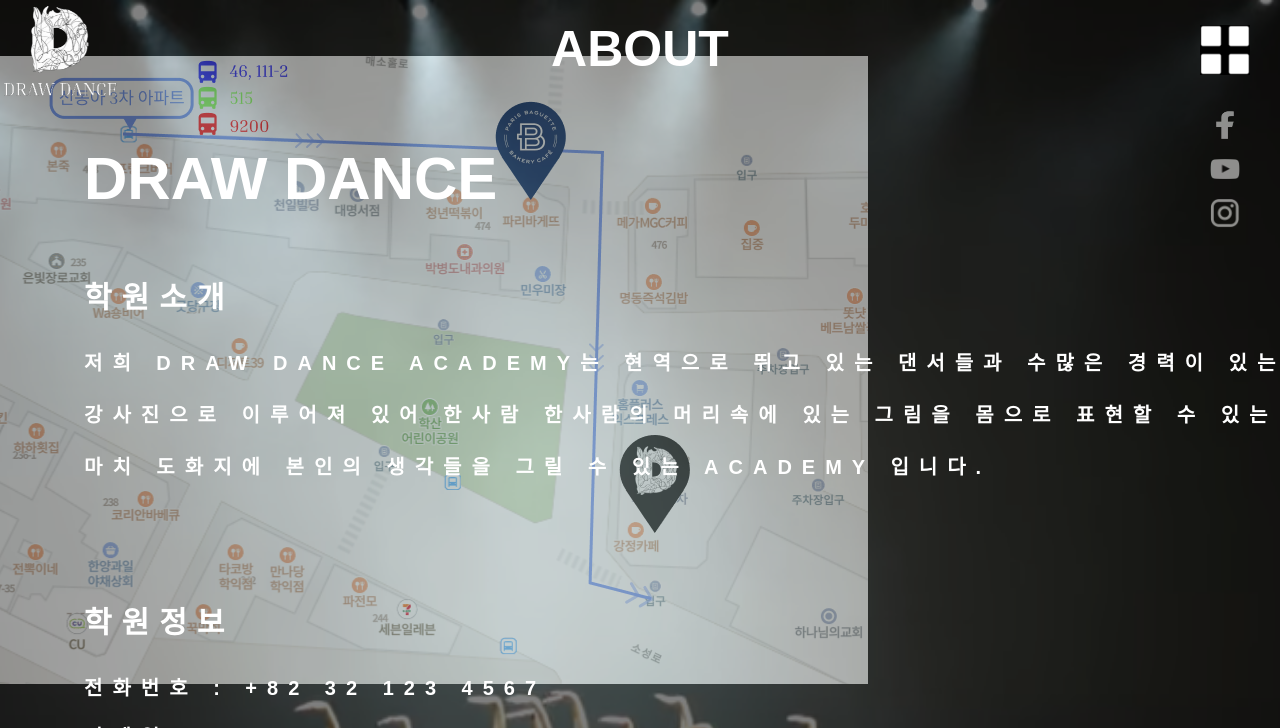
Repository: seonghun9906/semiProject
Page: http://localhost/drawAcademy/WEB-INF/views/headerMenu/about.jsp
These files come from the project's save history. The page is drawn as it stood at one moment and after the next save; the edit follows.
The browser window is 1280 px wide. The pictures show the whole page.
The page is served by Tomcat 9. Nobody is signed in. Other server files are loaded and not shown. The template is opened directly, without the code that normally fills it, so the values that code supplies are empty.

Above is the page before, as saved 2024-02-26 07:38:35.

### drawAcademy/src/main/webapp/WEB-INF/views/headerMenu/about.jsp
<%@ page language="java" contentType="text/html; charset=UTF-8"
   pageEncoding="UTF-8"%>
<%@ taglib uri="http://java.sun.com/jsp/jstl/core" prefix="c"%>
<!DOCTYPE html>
<html>
<head>
<meta charset="UTF-8">
<title>수강신청 사이트</title>
<link rel="stylesheet" href="resources/css/about.css">
<script src="https://code.jquery.com/jquery-3.7.1.min.js"
   integrity="sha256-/JqT3SQfawRcv/BIHPThkBvs0OEvtFFmqPF/lYI/Cxo="
   crossorigin="anonymous"></script>

</head>
<body>
   <div class="bodyMain">
   <img src="resources/images/demitasse project.PNG" class=demitasse>
      <div class="title">
         ABOUT
      </div>
      <div class="middle-part">
         <p>DRAW DANCE</p>
         <div class="low-part">
         <p>학원소개</p>
         </div>
         <div class="lowLow-part">
         <p>저희 DRAW DANCE ACADEMY는 현역으로 뛰고 있는 댄서들과 수많은 경력이 있는<br><br> 강사진으로
          이루어져 있어
         	한사람 한사람의 머리속에 있는 그림을 몸으로 표현할 수 있는<br><br> 마치 도화지에 본인의 생각들을 그릴 수 있는
         	ACADEMY 입니다.</p>
         </div>
         <div class="low-part">
         <br>
         <br>
         <p>학원정보</p>
         </div>
         <div class="lowLow-part">
         <p>전화번호 : +82 32 123 4567</p>
         <p>이메일 : DrawDance@semiproject.com</p>
         <p>주소 : 인천광역시 0000번길 000 00빌딩 0층</p>
         </div>
      </div>
       <!-- 오시는길  -->
      <div id="mapSection" class="mapInfo">
      	<div class="mapInfoText">
      		<p>오시는 길</p>
      <img src="resources/images/Map.png" class="map">
      		<div class="mapInfoTextImport">
      		<p>신동아아파트에서 하차 후 파리바게트 기준으로 오른쪽 골목</p>
      		</div>
      	</div>
      </div>
      <!-- 오시는길  end-->
      </div>


      <div class="headerMenu">
         <button class="Home-btn" onclick="location.href='./'">
            <img src="resources/images/lg.png" class="logo">
         </button>
      </div>
      <div id="menu-container">
         <img src="resources/images/menu.png" id="menuButton">
         <div id="rectangle">
            <br> <br>
            <button class="Home-btn" onclick="location.href='./'">
               <p>HOME</p>
            </button>
            <br> <br> <br>
            <button class="ABOUT-btn" onclick="location.href='./about'">
               <p>ABOUT</p>
            </button>
            <br> <br> <br>
            <button class="INSTRUCTORS-btn"
               onclick="location.href='./instructors'">
               <p>INSTRUCTORS</p>
            </button>
            <br> <br> <br>
            <button class="CLASS-btn" onclick="location.href='./classpage'">
               <p>CLASS</p>
            </button>
             <br> <br> <br>
              <button class="CONTACT-btn" onclick="location.href='./qboard'">
               <p>FAQ</p>
            </button>
            <br> <br> <br> <br> <br> <br> <br>
            <div class="smallWord">
               <button id="loginBtn" class="LOGIN-btn"
                  onclick="location.href='./login'">
                  <small>LOGIN</small>
               </button>
               <form id="logoutForm" action="logout" method="get">
                  <button class="LOGIN-btn" onclick="location.href='./'">
                     <small>LOGOUT</small>
                  </button>
               </form>
               <button id="signupBtn" class="SIGNUP-btn"
                  onclick="location.href='./signUp'">
                  <small>SIGN UP</small>
               </button>
               <button id="myPage" class="MYPAGE-btn"
                  onclick="location.href='./mypage'">
                  <small>MY PAGE</small>
               </button>
            </div>
            <br> <br>
            <div id="icon-container2">
               <a href="https://www.facebook.com"> <img
                  src="resources/images/facebookIcon.png" class="facebook">
               </a> <a href="https://www.youtube.com"> <img
                  src="resources/images/youtubeIcon.png" class="youtube">
               </a> <a href="https://www.instagram.com"> <img
                  src="resources/images/instagramIcon.png" class="instagram">
               </a>
            </div>
         </div>
      </div>
      <div id="icon-container">
         <a href="https://www.facebook.com"> <img
            src="resources/images/facebookIcon.png" class="facebook">
         </a> <a href="https://www.youtube.com"> <img
            src="resources/images/youtubeIcon.png" class="youtube">
         </a> <a href="https://www.instagram.com"> <img
            src="resources/images/instagramIcon.png" class="instagram">
         </a>
      </div>



</body>
<script>
$(document).ready(function() {
	  var rectangle = $("#rectangle");
	  var menuButton = $("#menuButton");
	  var iconContainer = $("#icon-container");
	  var isRectangleVisible = false;

	  menuButton.on('click', function() {
	    if (!isRectangleVisible) {
	      rectangle.show();
	      iconContainer.hide();
	      isRectangleVisible = true;
	    } else {
	      rectangle.hide();
	      iconContainer.show();
	      isRectangleVisible = false;
	    }
	  });
	});
</script>
<script>
$(document).ready(function() {
	  var loginBtn = $("#loginBtn");
	  var logoutForm = $("#logoutForm");
	  var signupBtn = $("#signupBtn");
	  var myPageBtn = $("#myPage");

	  var loggedInMember = '<%= session.getAttribute("login") %>';
	  console.log("세션에 저장된 값: " + loggedInMember);

	  // 여기서 로그인 여부를 확인하고 그에 따라 버튼을 표시하거나 숨깁니다.
	  var isLoggedIn = loggedInMember !== 'null' && loggedInMember !== '';

	  if (isLoggedIn) {
	    loginBtn.hide();
	    logoutForm.show();
	    signupBtn.hide();
	    myPageBtn.show();
	  } else {
	    loginBtn.show();
	    logoutForm.hide();
	    signupBtn.show();
	    myPageBtn.hide();
	  }
	});
</script>
</html>

### drawAcademy/src/main/webapp/resources/css/about.css
html {
   height: 100%;
}

body {
   margin: 0;
   padding: 0;
   font-family: sans-serif;
   background: linear-gradient(#000000, #111111);
}

.demitasse {
    position: fixed;
    top: 0;
    left: 0;
    width: 100%;
    height: 150%;
    z-index: 9999;
    object-fit: cover;
    opacity: 0.5; /* 0부터 1까지의 값으로 투명도를 지정합니다. 0은 완전 투명, 1은 완전 불투명입니다. */
}

.bodyMain {
   position: absolute;
   background-color: #000000;
   top: 0;
   left: 0;
   bottom: 0;
   right: 0;
   width: 100%;
   height: 100%;
}

.title {
   width: 100%; /* 컨테이너의 너비를 화면 전체로 설정 */
   position: fixed; /* 화면 아래에 고정시킵니다. */
   text-align: center; /* 내부 텍스트를 가운데 정렬합니다. */
   padding: 20px; /* 내부 여백 설정 (예시) */
   box-sizing: border-box; /* 패딩이 포함된 전체 너비/높이 계산 */
   color: #ffffff;
   font-size: 50px;
   font-weight: bold;
     z-index: 9999;
}

.middle-part {
   width: 100%; /* 컨테이너의 너비를 화면 전체로 설정 */
   position: fixed; /* 화면 아래에 고정시킵니다. */
   text-align: left; /* 내부 텍스트를 가운데 정렬합니다. */
   padding: 20px; /* 내부 여백 설정 (예시) */
   box-sizing: border-box; /* 패딩이 포함된 전체 너비/높이 계산 */
   color: #ffffff;
   font-size: 60px;
   font-weight: bold;
   margin: 5%;
     z-index: 9999;
}

.headerMenu .Home-btn {
   position: absolute;
   background: none;
   border: none;
   padding: 0;
   cursor: pointer;
   width: auto; /* 이미지 크기에 맞게 자동으로 조정됨 */
   z-index: 9999;
}

.headerMenu .logo {
   width: 120px; /* 이미지가 버튼 내에서 꽉 차도록 설정 */
   height: auto; /* 이미지의 가로 세로 비율을 유지하면서 버튼에 맞게 조정 */
}

.facebook {
   width: 20px;
   height: 30px;
   z-index: 9999;
}

.youtube {
   width: 30px;
   height: 20px;
   z-index: 9999;
}

.instagram {
   width: 30px;
   height: 30px;
   z-index: 9999;
}

#menu-container {
   position: relative;
   z-index: 9999;
}

#menuButton {
   cursor: pointer;
   position: absolute;
   top: 25px;
   right: 30px; /* 오른쪽으로 이동 */
   display: flex;
   width: 50px;
   height: 50px;
   z-index: 9999;
}

#icon-container {
   position: absolute;
   top: 110px;
   right: 40px;
   display: flex;
   flex-direction: column; /* 세로 방향으로 아이콘을 나열 */
   align-items: center; /* 아이콘을 수직 중앙으로 정렬 */
   gap: 15px; /* 아이콘 사이의 간격 설정 */
   z-index: 9998;
}

#rectangle {
   /* 처음엔 숨겨져 있음 */
   position: absolute;
   top: 110px; /* toggleButton 바로 아래 위치 */
   right: 30px; /* menuButton과 같게 */
   width: 10.5%;
   min-height: 200px;
   color: black;
   background-color: black;
   display: none;
   border: 2px solid white;
   background-color: black;
   z-index: 9999;
}

#rectangle button {
   cursor: pointer;
   background-color: black;
   border: none;
   padding: 0.5em 0.5em; /* 위아래 0.5em, 좌우 1em으로 설정하여 버튼 크기를 내용에 맞게 조정 */
   color: white;
   font-size: 23px;
   gap: 15px;
}

#rectangle p {
   color: white;
   text-align: left;
   font-size: 24px;
   text-decoration: underline; /* 밑줄 */
   margin: 0px;
}

.smallWord {
   color: white;
   margin: 10px;
}

#icon-container2 {
   position: relative;
   right: -30px;
   display: flex;
   margin-bottom: 30px;
   flex-direction: row; /* 가로 방향으로 아이콘을 나열 */
   align-items: center; /* 아이콘을 수직 중앙으로 정렬 */
   gap: 15px; /* 아이콘 사이의 간격 설정 */
   z-index: 9998;
}

.instructor-container {
   width: 100%;
   position: fixed;
   bottom: 0;
   padding: 20px;
   display: flex;
   justify-content: space-around;
   flex-direction: row;
   box-sizing: border-box;
}

.instructor-container img {
   width: 200px;
   height: 200px;
   }

  .low-part {
  	color : white;
  	letter-spacing : 10px;
  	 font-size: 30px;
  	   z-index: 9999;
  }

  .lowLow-part{
  	width : auto;
  	text-align: left;
  	color : white;
  	letter-spacing : 10px;
  	font-size: 20px;
  	  z-index: 9999;
  }

After the next save:
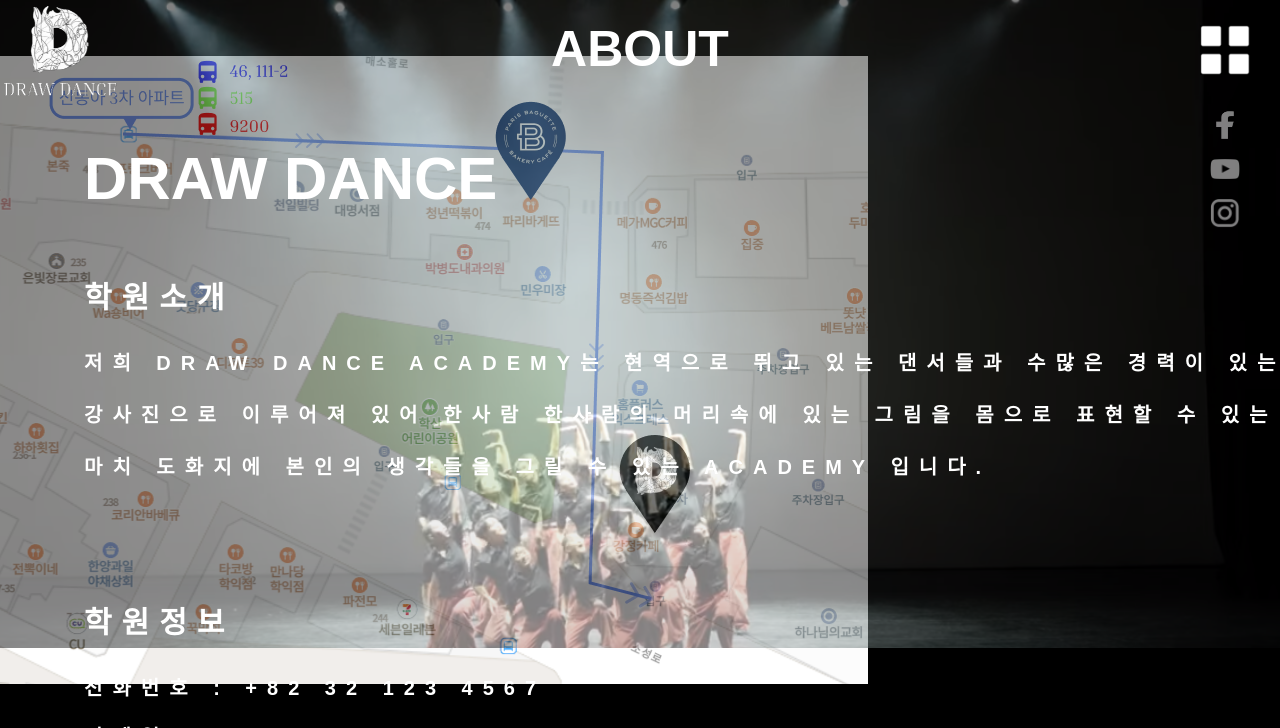
Saved 7 s later.
--- a/drawAcademy/src/main/webapp/resources/css/about.css
+++ b/drawAcademy/src/main/webapp/resources/css/about.css
@@ -14,7 +14,7 @@
     top: 0;
     left: 0;
     width: 100%;
-    height: 150%;
+    height: 90%;
     z-index: 9999;
     object-fit: cover;
     opacity: 0.5; /* 0부터 1까지의 값으로 투명도를 지정합니다. 0은 완전 투명, 1은 완전 불투명입니다. */
